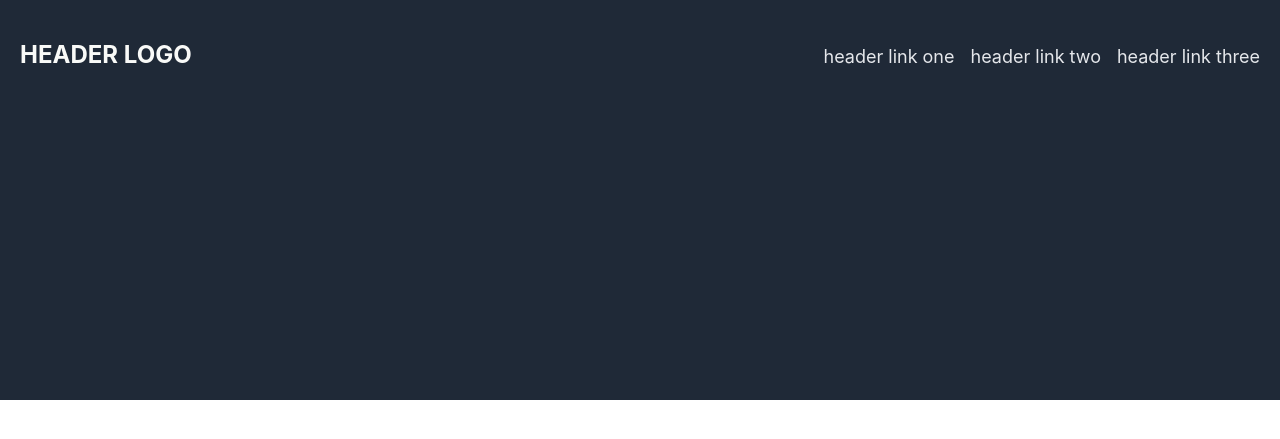
Repository: bbrockbrown/landing-page
Page: index.html
An editor plug-in stored every save of this project. The page is shown before and after the next save, followed by the edit.
The browser window is 1280 px wide. The pictures show the whole page.

Above is the page before, as saved 2024-07-24 11:23:09.

### index.html
<!DOCTYPE html>
<html lang="en">
<head>
    <meta charset="UTF-8">
    <meta name="viewport" content="width=device-width, initial-scale=1.0">
    <link rel="stylesheet" href="styles.css">
    <title>Landing Page</title>
</head>
<body>

    <div class="header">
        <div class="logo">HEADER LOGO</div>
        <ul class="header-links">
            <li><a href="https://www.google.com/" target="_blank">header link one</a></li>
            <li><a href="https://www.google.com/" target="_blank">header link two</a></li>
            <li><a href="https://www.google.com/" target="_blank">header link three</a></li>
        </ul>
        </div>

        <div class="header-content">

        </div>
    </div>

    <div class="body">
        <div class="box-container">

        </div>

        <div class="quote-container">

        </div>
    </div>

    <div class="sign-up">

    </div>

    <div class="footer">

    </div>

</body>
</html>

### styles.css
body {
    font-family: -apple-system, BlinkMacSystemFont, 'Segoe UI', Roboto, Oxygen, Ubuntu, Cantarell, 'Open Sans', 'Helvetica Neue', sans-serif;
    margin: 0;
    min-height: 100vh;
    display: flex;
    flex-direction: column;
}

.header {
    background-color: #1F2937;
    font-size: 24px;
    color: #F9FAF8;
    display: flex;
    justify-content: space-between;
    padding: 40px 20px 10px 20px;
    height: 350px;
}

.logo {
    font-weight: bolder;
}

ul {
    margin: 0;
    padding: 0;
    list-style: none;
    display: flex;
    gap: 16px;
}

a {
    text-decoration: none;
    font-size: 18px;
    color: #E5E7EB;
}


.body {
    display: flex;
    flex: 1;
}

After the next save:
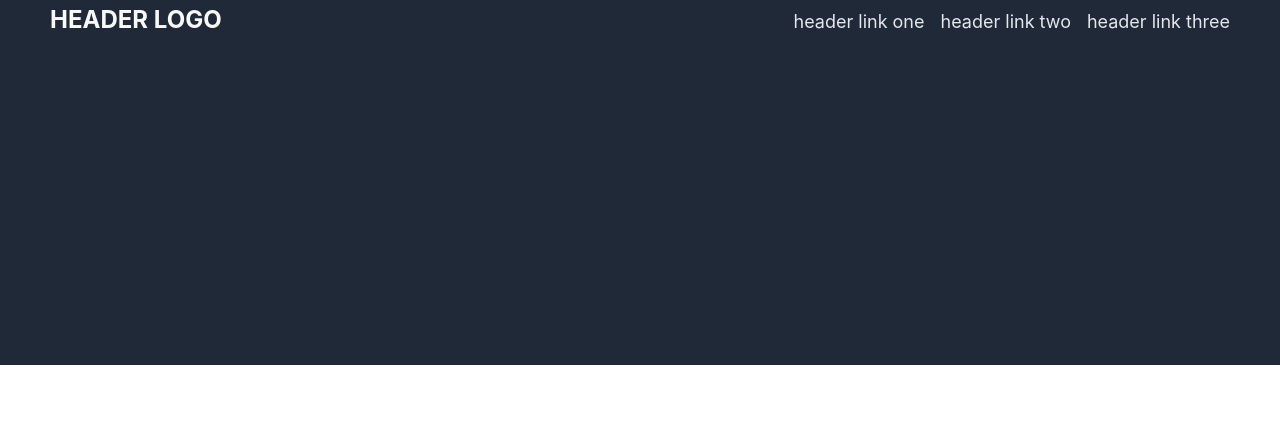
Saved 17 s later.
--- a/styles.css
+++ b/styles.css
@@ -12,7 +12,7 @@ body {
     color: #F9FAF8;
     display: flex;
     justify-content: space-between;
-    padding: 40px 20px 10px 20px;
+    padding: 5px 50px 10px 50px;
     height: 350px;
 }
 
